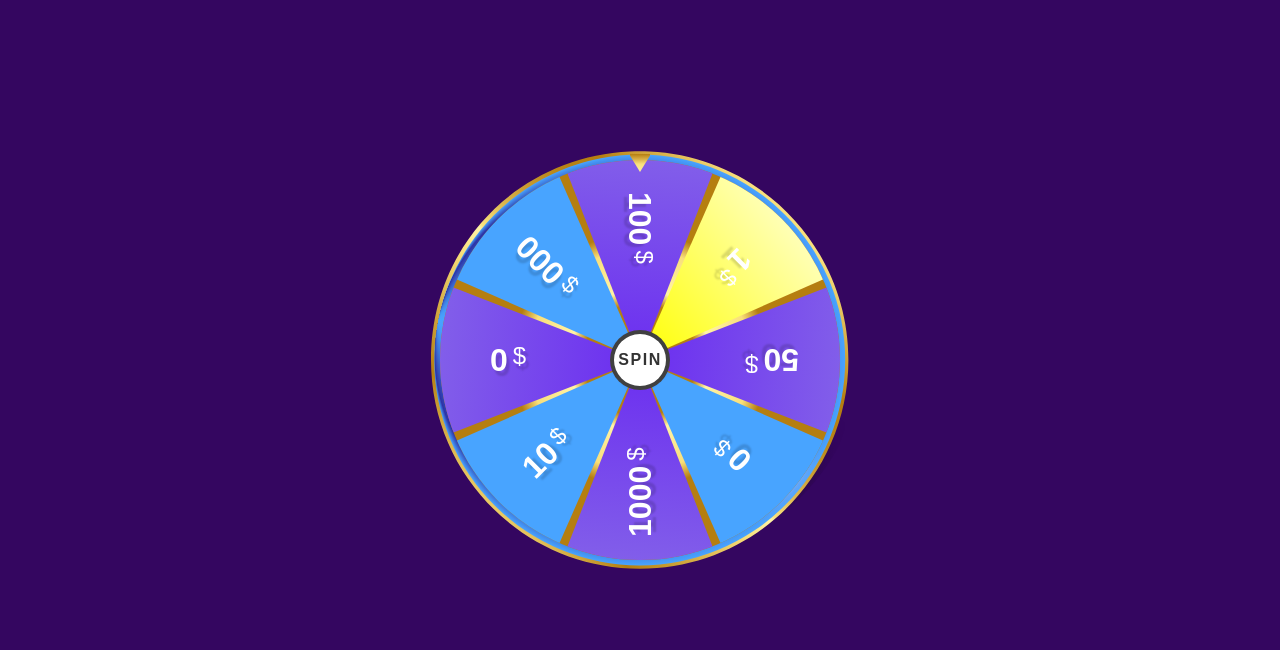
Repository: Jacques-Jaki-Morkel/FundedMarketplace_WheelofFortune
Page: index.html
These files come from the project's save history. The page is drawn as it stood at one moment and after the next save; the edit follows.
The browser window is 1280 px wide. The pictures show the whole page.

Above is the page before, as saved 2025-08-14 13:36:31.

### index.html
<!DOCTYPE html>
<html lang="en">

<head>
    <meta charset="UTF-8">
    <meta name="viewport" content="width=device-width, initial-scale=1.0">
    <title>Wheel of Fortune - Funded Marketplace</title>
    <link rel="stylesheet" href="styles.css">
</head>

<body>
    <div class="container">
        <div class="spinBtn">
            SPIN
        </div>
        <img class="wheel-frame" src="assets/rings.svg" alt="wheel rings">
        <div class="wheel">
            <div class="number" style=" --i:1 ;">
                <span>100</span>
            </div>
            <div class="number" style=" --i:2 ;--clr2: linear-gradient(var(--angle), white, yellow);">
                <span>1</span>
            </div>
            <div class="number" style=" --i:3 ;">
                <span>50</span>
            </div>
            <div class="number" style=" --i:4 ;--clr2: linear-gradient(var(--angle), #8b72e7 0%, #48a4ff 7%, #48a4ff 89%,  #3638ad 100%);">
                <span>0</span>
            </div>
            <div class="number" style=" --i:5 ;">
                <span>1000</span>
            </div>
            <div class="number" style=" --i:6 ;--clr2: linear-gradient(var(--angle), #8b72e7 0%, #48a4ff 7%, #48a4ff 89%,  #3638ad 100%);">
                <span>10</span>
            </div>
            <div class="number" style=" --i:7 ;">
                <span>0</span>
            </div>
            <div class="number" style=" --i:8 ;--clr2: linear-gradient(var(--angle), #8b72e7 0%, #48a4ff 7%, #48a4ff 89%,  #3638ad 100%);">
                <span>000</span>
            </div>
        </div>
    <div>
    <script src="script.js"></script>
</body>

</html>

### styles.css
* {
    margin: 0;
    padding: 0;
    box-sizing: border-box;
    font-family: 'Poppins', sans-serif;
}

body {
    display: flex;
    justify-content: center;
    align-items: center;
    min-height: 100vh;
    background: rgb(52, 6, 96);
}

.container {
    position: relative;
    width: 400px;
    height: 400px;
    display: flex;
    justify-content: center;
    align-items: center;
}

.container .spinBtn {
    position: absolute;
    width: 60px;
    height: 60px;
    background: #fff;
    border-radius: 50%;
    z-index: 10;
    display: flex;
    justify-content: center;
    align-items: center;
    text-transform: uppercase;
    font-weight: 600;
    color: #333;
    letter-spacing: 0.1em;
    border: 4px solid rgba(0, 0, 0, 0.75);
    cursor: pointer;
    user-select: none;
}

.container .spinBtn::before {
    content: '';
    position: absolute;
    top: -180px;
    width: 20px;
    transform: rotate(180DEG);
    height: 30px;
    background: linear-gradient(#b57e10  ,#fff3a6 , #f9df7b , #b57e10 );
    clip-path: polygon(50% 40%, -5% 100%, 105% 100%);
}

.container .wheel {
    position: absolute;
    top: 50%;
    left: 50%;
    width: 100%;
    height: 100%;
    transform: translate(-50%, -50%);
    border-radius: 50%;
    overflow: hidden; /* keeps slices inside the wheel */
    z-index: 2; /* above frame */
    background: radial-gradient(#b57e10 20%, #fff3a6 25%, #f9df7b 39%, #b57e10 45%);
    /* box-shadow: 0 0 0 5px rgba(181, 126, 16, 0.7),
        0 0 0 25px rgba(45, 51, 166, 1),
        0 0 0 31px rgba(249, 223, 123, 0.7);
         */
}

.wheel-frame {
    position: absolute;
    top: 50%;
    left: 50%;
    width: 150%; /* bigger than wheel */
    height: 150%;
    transform: translate(-50%, -50%);
    z-index: 1; /* behind the wheel */
    pointer-events: none; /* allows clicking wheel slices */
}


.container .wheel .number {
    position: absolute;
    width: 50%;
    height: 50%;
    background:var(--clr2, linear-gradient(var(--angle), #8b72e7, #6b2df0));
    --angle: 140deg;
    transform-origin: bottom right;
    transform: rotate(calc(45deg * var(--i)));
    clip-path: polygon(0 0, 56% 0, 100% 100%, 0 56%);
    display: flex;
    justify-content: center;
    align-items: center;
    user-select: none;
    cursor: pointer;
}

.container .wheel .number span {
    position: relative;
    transform: rotate(45deg);
    color: #fff;
    font-size: 2em;
    font-weight: 700;
    text-shadow: 3px 5px 2px rgba(0, 0, 0, 0.15);
}

.container .wheel .number span::after {
    content: '$';
    padding-left: 5px;
    position: absolute;
    font-size: 0.75em;
    font-weight: 500;
}

### script.js
const wheel = document.querySelector('.wheel');
const spinButton = document.querySelector('.spinBtn');
const value = Math.ceil(Math.random() * 360);

spinButton.addEventListener('click', () => {
    const rotations = Math.max(Math.random() * 100, 15); // Ensure at least 15 full rotations
    const randomDegree = Math.floor(Math.random() * (360*rotations)) + 720; // Ensure at least two full rotations
    const finalDegree = value + randomDegree;

    wheel.style.transition = 'transform 5s ease-in-out';
    wheel.style.transform = `rotate(${finalDegree}deg)`;

//     spin styles
//     cubic-bezier(0.33, 1, 0.68, 1)
})

After the next save:
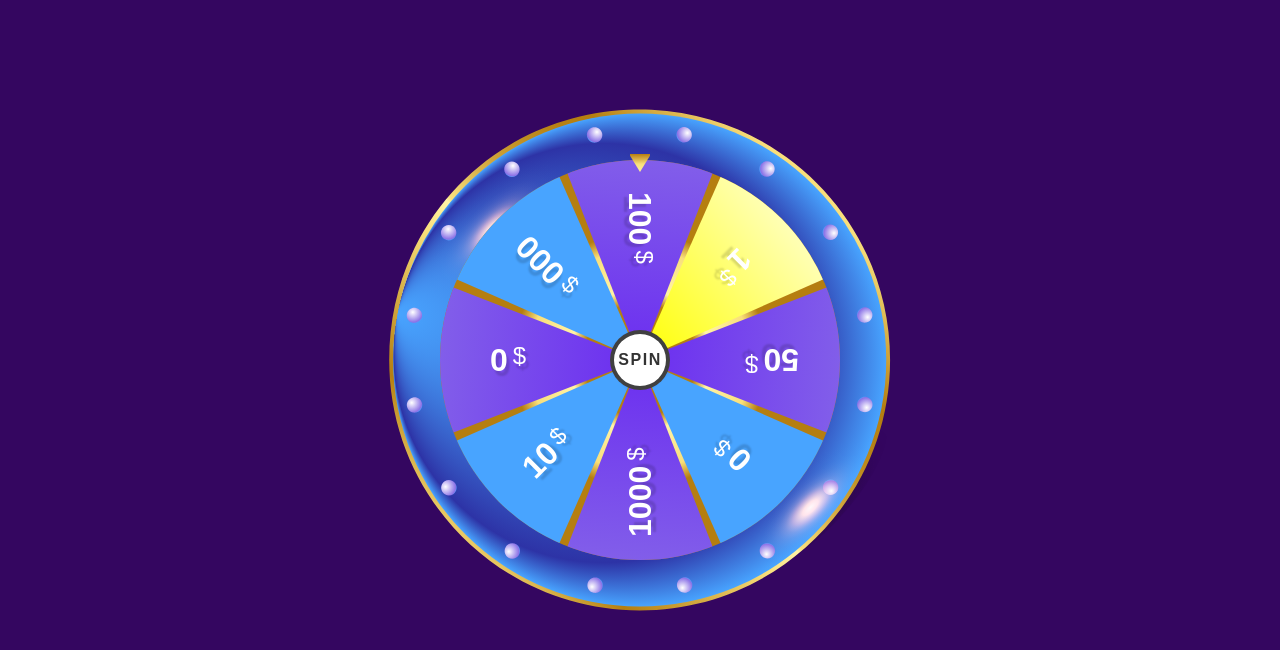
Saved 5 s later.
--- a/styles.css
+++ b/styles.css
@@ -73,8 +73,8 @@ body {
     position: absolute;
     top: 50%;
     left: 50%;
-    width: 150%; /* bigger than wheel */
-    height: 150%;
+    width: 180%; /* bigger than wheel */
+    height: 180%;
     transform: translate(-50%, -50%);
     z-index: 1; /* behind the wheel */
     pointer-events: none; /* allows clicking wheel slices */
